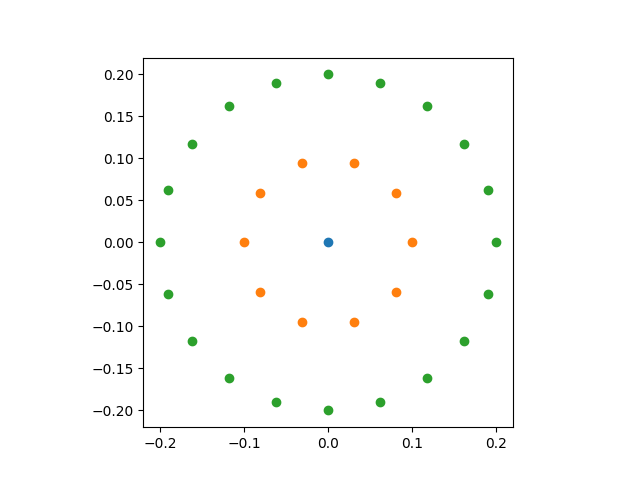
Repository: moein1379/DeepLearning
Script's output: python pandaExercise.py
An editor plug-in stored every save of this project. The script's output is shown before and after the next save, followed by the edit.
Each picture stacks the figures in order, with grey between them; figures that are only written to a file come last. Random numbers start from a fixed seed.

Above is the script's output before, as saved 2021-03-04 19:28:59.

### pandaExercise.py
import numpy as np
import matplotlib.pyplot as plt

def circle_points(r, n):
    circles = []
    for r, n in zip(r, n):
        t = np.linspace(0, 2*np.pi, n, endpoint=False)
        x = r * np.cos(t)
        y = r * np.sin(t)
        circles.append(np.c_[x, y])
    return circles
r = [0, 0.1, 0.2]
n = [1, 10, 20]
circles = circle_points(r, n)
fig, ax = plt.subplots()
for circle in circles:
    ax.scatter(circle[:, 0], circle[:, 1])
ax.set_aspect('equal')
plt.show()

After the next save:
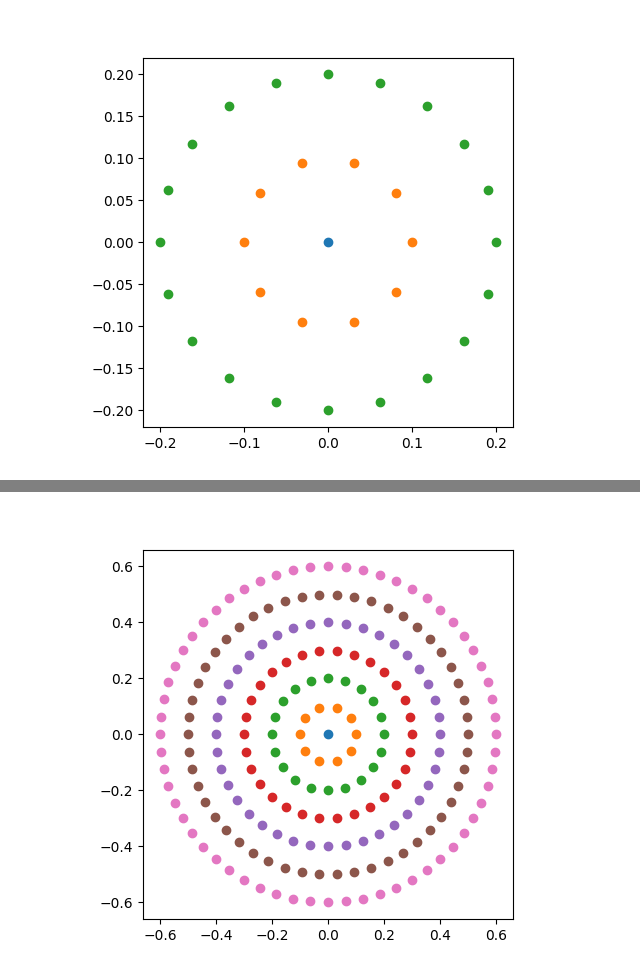
Saved 16 s later.
--- a/pandaExercise.py
+++ b/pandaExercise.py
@@ -17,3 +17,12 @@ for circle in circles:
     ax.scatter(circle[:, 0], circle[:, 1])
 ax.set_aspect('equal')
 plt.show()
+n = [1, 10, 20, 30, 40, 50, 60]
+r = [0.0, 0.1, 0.2, 0.3, 0.4, 0.5, 0.6]
+circles = circle_points(r, n)
+
+fig, ax = plt.subplots()
+for circle in circles:
+    ax.scatter(circle[:, 0], circle[:, 1])
+ax.set_aspect('equal')
+plt.show()
